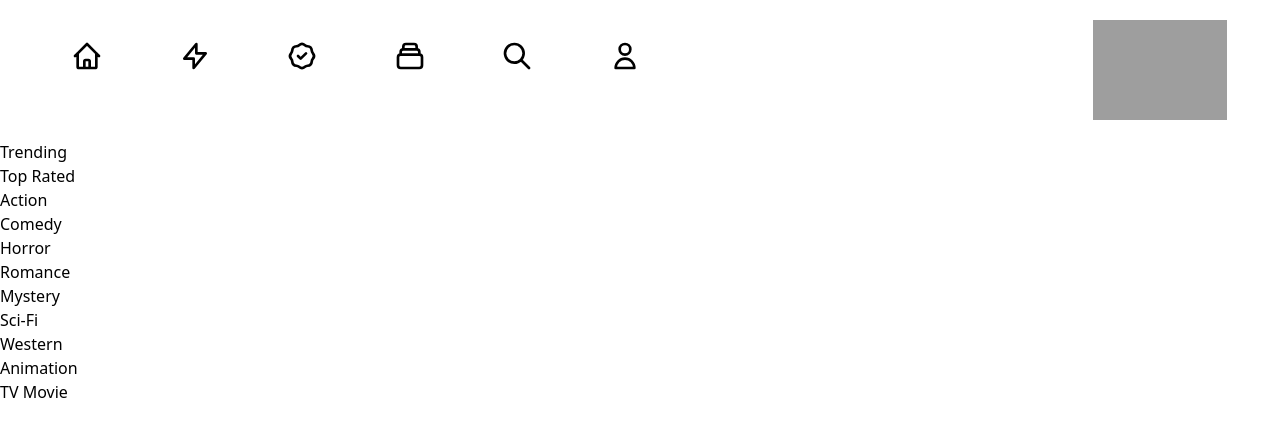
Repository: jafredk/hulu-2
Page: /
These files come from the project's save history. The page is drawn as it stood at one moment and after the next save; the edit follows.
The browser window is 1280 px wide. The pictures show the whole page.
Pictures or frames that could not be fetched are drawn as grey boxes. The project was rebuilt for these pictures with package versions that can differ from the ones it lists, and the page was loaded fresh each time. The framework's server and built-in components were replaced by stand-ins that run in the browser. Also part of the build but not shown: next.config.js.

Above is the page before, as saved 2021-11-02 11:45:34.

### pages/index.js
import Head from 'next/head'
import Image from 'next/image'
import Header from '../components/Header'
import Nav from '../components/Nav'


export default function Home() {
  return (
    <div>
      <Head>
        <title>HULU</title>
        <meta name="description" content="Generated by create next app" />
        <link rel="icon" href="/favicon.ico" />
      </Head>



      {/* Header */}
      <Header />



      {/* Nav */}
      <Nav />



      {/* Results */}
    </div>
  )
}

### components/Header.js
import {
    BadgeCheckIcon,
    CollectionIcon,
    HomeIcon,
    LightningBoltIcon,
    SearchIcon,
    UserIcon,
} from "@heroicons/react/outline";

import Image from 'next/image'
import HeaderItem from './HeaderItem';

function Header() {
    return (
        <header className="flex flex-col sm:flex-row m-5 justify-between items-center h-auto">
            <div className="flex flex-grow justify-evenly max-w-2xl">
                <HeaderItem title='HOME' Icon={HomeIcon} />
                <HeaderItem title='TRENDING' Icon={LightningBoltIcon} />
                <HeaderItem title='VERIFIED' Icon={BadgeCheckIcon} />
                <HeaderItem title='COLLECTIONS' Icon={CollectionIcon} />
                <HeaderItem title='SEARCH' Icon={SearchIcon} />
                <HeaderItem title='ACCOUNT' Icon={UserIcon} />
            </div>


            <Image className="object-contain bg " src="https://links.papareact.com/ua6" width={200} height={100} />
        </header>
    );
}

export default Header;

### components/Nav.js
import requests from "../utils/requests";

function Nav() {
    return (
        <nav>
            <div>
                {Object.entries(requests).map(([key, { title, url }]) => (
                    <h2>{title}</h2>
                ))}



                </div>

        </nav>
    );
}

export default Nav;

### components/HeaderItem.js
function HeaderItem({ Icon, title }) {
    return (
        <div className=" flex flex-col items-center cursor-pointer group w-12 sm:w-20 hover:text-white ">
            <Icon className="h-8 mb-1 group-hover:animate-bounce " />
            <p className=" opacity-0 group-hover:opacity-100  tracking-widest">{title}</p>
        </div>
    );
}

export default HeaderItem;

### utils/requests.js
const API_KEY = process.env.API_KEY;

export default {
    fetchTrending: {
        title: "Trending",
        url: `/trending/all/week?api_key=${API_KEY}&language=en-US`,
    },

    fetchTopRated: {
        title: "Top Rated",
        url: `/movie/top_rated?api_key=${API_KEY}&language=en-US`,
    },


    fetchActionMovies: {
        title: "Action",
        url: `/discover/movie?api_key=${API_KEY}&with_genres=28`,
    },

    fetchComedyMovies: {
        title: "Comedy",
        url: `/discover/movie?api_key=${API_KEY}&with_genres=35`,
    },

    fetchHorrorMovies: {
        title: "Horror",
        url: `/discover/movie?api_key=${API_KEY}&with_genres=27`,
    },

    fetchRomanceMovies: {
        title: "Romance",
        url: `/discover/movie?api_key=${API_KEY}&with_genres=10749`,
    },

    fetchMystery: {
        title: "Mystery",
        url: `/discover/movie?api_key=${API_KEY}&with_genres=9648`,
    },

    fetchSciFi: {
        title: "Sci-Fi",
        url: `/discover/movie?api_key=${API_KEY}&with_genres=878`,
    },

    fetchWestern: {
        title: "Western",
        url: `/discover/movie?api_key=${API_KEY}&with_genres=37`,
    },

    fetchAnimation: {
        title: "Animation",
        url: `/discover/movie?api_key=${API_KEY}&with_genres=16`,
    },


    fetchTV: {
        title: "TV Movie",
        url: `/discover/movie?api_key=${API_KEY}&with_genres=10770`,
    },
}

Loaded but not shown: pages/_app.js (common file); styles/globals.css (common file)

After the next save:
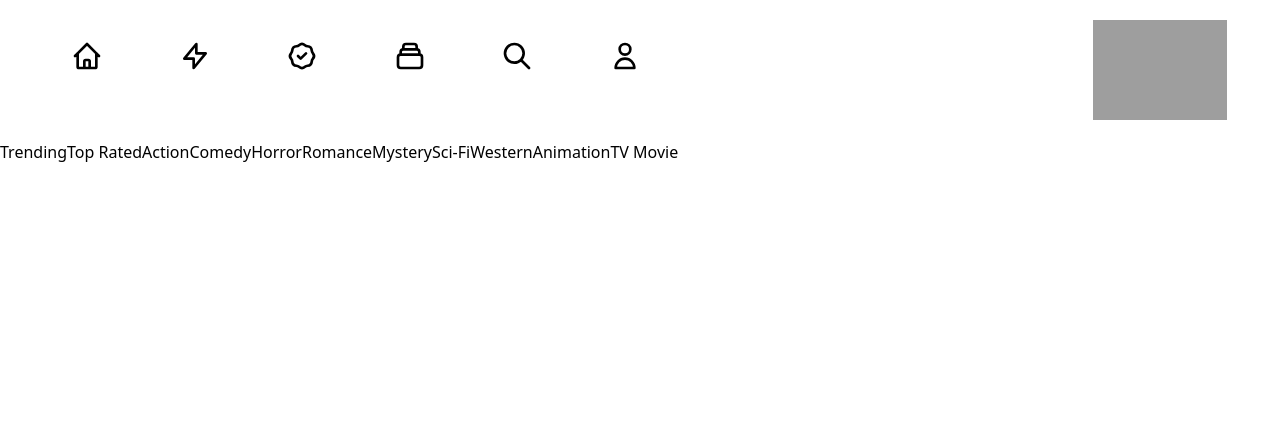
Saved 48 s later.
--- a/components/Nav.js
+++ b/components/Nav.js
@@ -3,7 +3,7 @@ import requests from "../utils/requests";
 function Nav() {
     return (
         <nav>
-            <div>
+            <div className="flex flex-row">
                 {Object.entries(requests).map(([key, { title, url }]) => (
                     <h2>{title}</h2>
                 ))}
